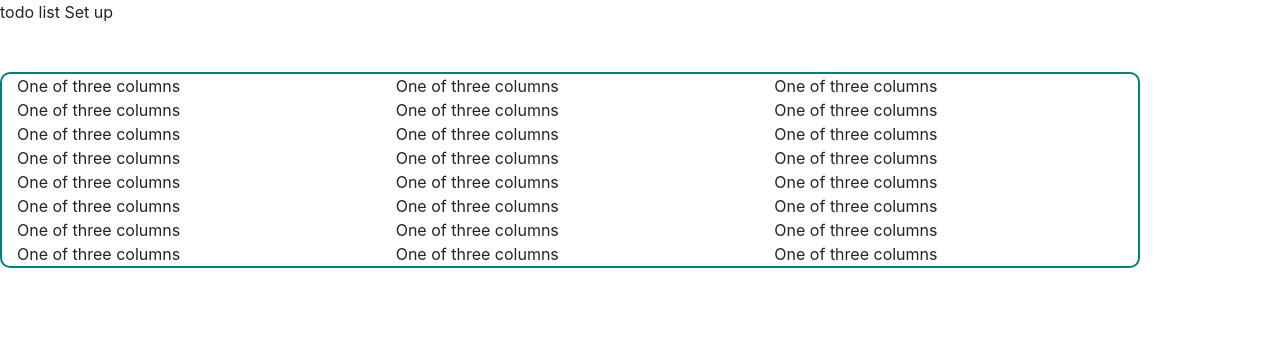
Repository: kkyler24/DayPlanner
Page: Index.html
The author's editor kept a copy of each file at every save. The page is drawn from the files as they stood at one save, then again after the next save.
The browser window is 1280 px wide. The pictures show the whole page.
Some web libraries are served in a nearby version.

Above is the page before, as saved 2020-03-25 18:52:19.

### Index.html
<!DOCTYPE html>
<html lang="en">
<head>
    <meta charset="UTF-8">
    <meta name="viewport" content="width=device-width, initial-scale=1.0">
    <script type="text/javascript" src="Assets/todoJS/Lib/jquery-3.4.1.min.js" ></script>
    <!-- Style Sheets -->
    <link rel="stylesheet" href="https://maxcdn.bootstrapcdn.com/bootstrap/4.0.0/css/bootstrap.min.css" integrity="sha384-Gn5384xqQ1aoWXA+058RXPxPg6fy4IWvTNh0E263XmFcJlSAwiGgFAW/dAiS6JXm" crossorigin="anonymous">
    <link rel="stylesheet" type="text/CSS" href="Assets/todocss/todostyles.css">
    <link rel="stylesheet"  type="text/CSS" href="style.css">
    <title>Planner</title>
</head>
<body>
<Main>
todo list Set up
<Div style="display: none">
<Section>
    <div id="ContainerTodo">
        <H1>Today's To-Do List</H1>
        <input type="text">
        <ul>
            <li><span>X</span> Go to Gym</li>
            <li><span>X</span> Finish H.W</li>
            <li><span>X</span> Take over the World</li>
        </ul>


         </div>
 <!-- calendar set up -->
    <div class="container col-sm-4 col-md-7 col-lg-4 mt-5">
        <div class="card">
            <h3 class="card-header" id="monthAndYear"></h3>
            <table class="table table-bordered table-responsive-md" id="calendar">
                <thead>
                <tr>
                    <th>Sun</th>
                    <th>Mon</th>
                    <th>Tue</th>
                    <th>Wed</th>
                    <th>Thu</th>
                    <th>Fri</th>
                    <th>Sat</th>
                </tr>
                </thead>

                <tbody id="calendar-body">

                </tbody>
            </table>

            <div class="form-inline">

                <button class="btn btn-outline-primary col-sm-6" id="previous" onclick="previous()">Previous</button>

                <button class="btn btn-outline-primary col-sm-6" id="next" onclick="next()">Next</button>
            </div>
            <br/>
            <form class="form-inline">
                <label class="lead mr-2 ml-2" for="month">Jump To: </label>
                <select class="form-control col-sm-4" name="month" id="month" onchange="jump()">
                    <option value=0>Jan</option>
                    <option value=1>Feb</option>
                    <option value=2>Mar</option>
                    <option value=3>Apr</option>
                    <option value=4>May</option>
                    <option value=5>Jun</option>
                    <option value=6>Jul</option>
                    <option value=7>Aug</option>
                    <option value=8>Sep</option>
                    <option value=9>Oct</option>
                    <option value=10>Nov</option>
                    <option value=11>Dec</option>
                </select>


                <label for="year"></label><select class="form-control col-sm-4" name="year" id="year" onchange="jump()">

                <option value=2020>2020</option>
                <option value=2021>2021</option>
                <option value=2022>2022</option>
                <option value=2023>2023</option>
                <option value=2024>2024</option>
                <option value=2025>2025</option>
                <option value=2026>2026</option>
                <option value=2027>2027</option>
                <option value=2028>2028</option>
                <option value=2029>2029</option>
                <option value=2030>2030</option>
                <option value=2030>2030</option>
                <option value=2030>2030</option>
                <option value=2030>2030</option>
                <option value=2030>2030</option>
            </select></form>
        </div>
    </div>
    <!--<button name="jump" onclick="jump()">Go</button>-->
</sectiontwo>
</Div>
<Div>
    <div class="container">
        <div id="time8am"class="row">
          <div class="col-sm">
            One of three columns
          </div>
          <div class="col-sm">
            One of three columns
          </div>
          <div class="col-sm">
            One of three columns
          </div>
        </div>
        <div id="time9am" class="row">
            <div class="col-sm">
              One of three columns
            </div>
            <div class="col-sm">
              One of three columns
            </div>
            <div class="col-sm">
              One of three columns
            </div>
          </div>
          <div id="time10am" class="row">
            <div class="col-sm">
              One of three columns
            </div>
            <div class="col-sm">
              One of three columns
            </div>
            <div class="col-sm">
              One of three columns
            </div>
          </div>
          <div id="time11am" class="row">
            <div class="col-sm">
              One of three columns
            </div>
            <div class="col-sm">
              One of three columns
            </div>
            <div class="col-sm">
              One of three columns
            </div>
          </div>
          <div id="time12pm" class="row">
            <div class="col-sm">
              One of three columns
            </div>
            <div class="col-sm">
              One of three columns
            </div>
            <div class="col-sm">
              One of three columns
            </div>
          </div>
          <div id="time1pm" class="row">
            <div class="col-sm">
              One of three columns
            </div>
            <div class="col-sm">
              One of three columns
            </div>
            <div class="col-sm">
              One of three columns
            </div>
          </div>
          <div id="time2pm" class="row">
            <div class="col-sm">
              One of three columns
            </div>
            <div class="col-sm">
              One of three columns
            </div>
            <div class="col-sm">
              One of three columns
            </div>
          </div>
          <div id="time3pm" class="row">
            <div class="col-sm">
              One of three columns
            </div>
            <div class="col-sm">
              One of three columns
            </div>
            <div class="col-sm">
              One of three columns
            </div>
          </div>
      </div>

    </Div>

</Div>

</Main>
<script src="https://code.jquery.com/jquery-3.2.1.slim.min.js" integrity="sha384-KJ3o2DKtIkvYIK3UENzmM7KCkRr/rE9/Qpg6aAZGJwFDMVNA/GpGFF93hXpG5KkN" crossorigin="anonymous"></script>
<script src="https://cdnjs.cloudflare.com/ajax/libs/popper.js/1.12.9/umd/popper.min.js" integrity="sha384-ApNbgh9B+Y1QKtv3Rn7W3mgPxhU9K/ScQsAP7hUibX39j7fakFPskvXusvfa0b4Q" crossorigin="anonymous"></script>
<script src="https://maxcdn.bootstrapcdn.com/bootstrap/4.0.0/js/bootstrap.min.js" integrity="sha384-JZR6Spejh4U02d8jOt6vLEHfe/JQGiRRSQQxSfFWpi1MquVdAyjUar5+76PVCmYl" crossorigin="anonymous"></script>

<Script type="text/javascript" src="javascript.js"></Script>
<Script type="text/javascript" src="Assets/todo JS/todo.js"></Script>
</body>
</html>

### Assets/todocss/todostyles.css
#ContainerTodo{
  border: 2px solid teal ;
  border-radius:10px ;
  width: 400px;
  margin-top:3rem;
  margin-left:200px ;
  float: left;

}

### style.css
.container{
    margin-right: 150px;
    margin-top: 3rem;
    float: left;
    border: 2px solid teal;
    border-radius: 10px;
}

### javascript.js
let today = new Date();
let currentMonth = today.getMonth();
let currentYear = today.getFullYear();
let selectYear = document.getElementById("year");
let selectMonth = document.getElementById("month");


let months = ["January", "February", "March", "April", "May", "June", "July", "August", "September", "October", "November", "December"];

let monthAndYear = document.getElementById("monthAndYear");
showCalendar(currentMonth, currentYear);

function showCalendar(month, year){

    let firstDay =(new Date(year, month)).getDay();
    let daysInMonth = 32- new Date(year, month, 32).getDate();

    // -->body of the Calendar<--
    let tbl = document.getElementById("calendar-body");


// -->clear previous cells, for new month<--
    tbl.innerHTML="";

    monthAndYear.innerHTML= months[months]+" "+ year;

    // --> create cells for Calendar<--
    let date = 1;
    for(let i = 0; i < 6; i++){
        let row  = document.createElement("tr");
        // --> creating table rows. not really sure about the 6 part. inquire why you need a 6 and not a 7-->

        // creating indivdual cells, and putting data in them.

        for(let j = 0; j < 7; j++){
            if(i===0 && j< firstDay){
                let cell = document.createElement("td");
                let cellText = document.createTextNode("");
                cell.appendChild(cellText);
                row.appendChild(cell);
            }
            else if(date > daysInMonth)
             { break;

        }
        else {
            let cell = document.createElement("td");
            let cellText = document.createTextNode(date);
            if(date ===today.getDate() && year === today.getFullYear() && month === today.getMonth()){
                cell.classList.add
                // --> bootstrap colors, try to get a wider variety of colors <--
                ("bg-info");
            }
            cell.appendChild(cellText);
            row.appendChild(cell);


        }
        date++;

        }

        tbl.appendChild(row);

    }

}

function previous(){
    currentYear =( currentMonth === 0)? currentYear -1 : currentYear;
    currentMonth = currentMonth === 0? 11:currentMonth-1;
    showCalendar(currentMonth, currentYear);
}

function next(){
    currentYear = (currentMonth ===11)? currentYear + 1: currentYear;
    currentMonth = (currentMonth + 1) % 12;
    showCalendar (currentMonth, currentYear);

}
// To do list set up

### Assets/todo JS/todo.js
// check off to do list items and change colors for different stages// in progress<--
$("li").dblclick(function () {
        if($(this).css("color") === "rgb(11, 209, 170)"){
            $(this).css({
                color: "gray",
                textDecoration: "line-through"
            });
        }
        else{
            $(this).css({
            color: "rgb(11, 209, 170)",
            textDecoration: "none",
            fontWeight: "bold"
        });
    }
});

$("li").click(function () {
    // if Li is grey how do we change it back to black?
    if($(this).css("color") === "rgb(128, 128, 128)"){
        $(this).css({
            color: "black",
            textDecoration: "none"
        });
    }
    else{
        $(this).css({
        color: "gray",
        textDecoration: "line-through"
    });
}
});

Loaded but not shown: Assets/todo JS/Lib/jquery-3.4.1.min.js (library)

After the next save:
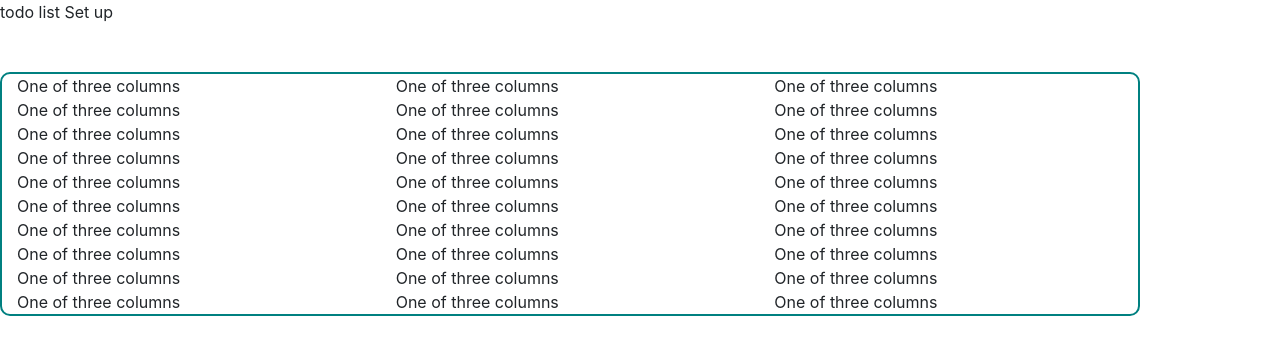
Saved 73 s later.
--- a/Index.html
+++ b/Index.html
@@ -97,7 +97,7 @@ todo list Set up
 </sectiontwo>
 </Div>
 <Div>
-    <div class="container">
+    <div class="container workday">
         <div id="time8am"class="row">
           <div class="col-sm">
             One of three columns
@@ -176,6 +176,28 @@ todo list Set up
             </div>
           </div>
           <div id="time3pm" class="row">
+            <div class="col-sm">
+              One of three columns
+            </div>
+            <div class="col-sm">
+              One of three columns
+            </div>
+            <div class="col-sm">
+              One of three columns
+            </div>
+          </div>
+          <div id="time4pm" class="row">
+            <div class="col-sm">
+              One of three columns
+            </div>
+            <div class="col-sm">
+              One of three columns
+            </div>
+            <div class="col-sm">
+              One of three columns
+            </div>
+          </div>
+          <div id="time5pm" class="row">
             <div class="col-sm">
               One of three columns
             </div>
